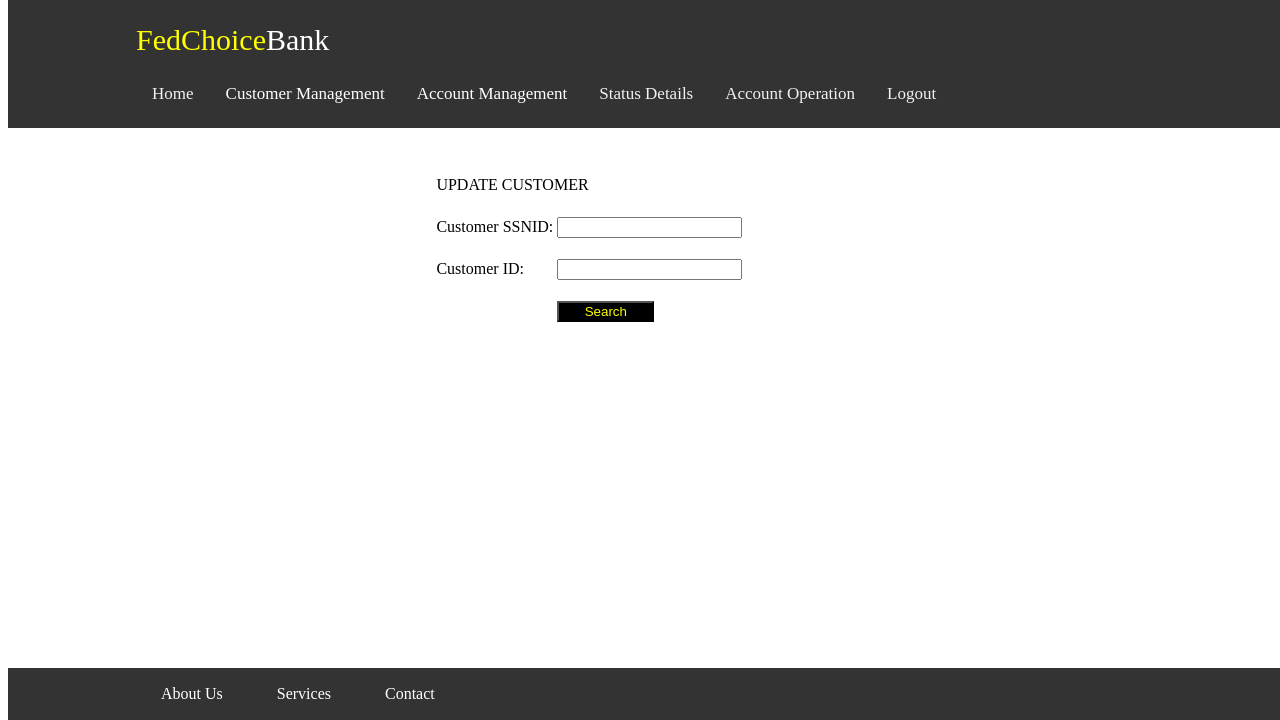
Repository: gopikavinod/RBM
Page: http://localhost/Retail_Bank_Management/updateCustomer.jsp
The author's editor kept a copy of each file at every save. The page is drawn from the files as they stood at one save, then again after the next save.
The browser window is 1280 px wide. The pictures show the whole page.
The page is served by Tomcat 9. Other server files are loaded and not shown.

Above is the page before, as saved 2020-06-21 11:02:19.

### eclipse-workspace/Retail Bank Management/WebContent/updateCustomer.jsp
<%@ page language="java" contentType="text/html; charset=ISO-8859-1"
    pageEncoding="ISO-8859-1"
    import="com.bean.CustomerBean"
    %>
<!DOCTYPE html>
   <html>

      <head>
         <meta http-equiv="Content-Type"
            content="text/html; charset=windows-1256">

   <title>FedChoice Bank</title>
<style>
    /* Add some padding on document's body to prevent the content
    to go underneath the header and footer */
    body{
        padding-top: 60px;
        padding-bottom: 40px;
    }
    .container{
        width: 80%;
        margin: 0 auto; /* Center the DIV horizontally */
    }
    .fixed-header, .fixed-footer{
        width: 100%;
        position: fixed;
        background: #333;
        padding: 10px 0;
        color: #fff;
    }
    .fixed-header{
        top: 0;
    }
    .fixed-footer{
        bottom: 0;
    }
    /* Some more styles to beutify this example */
    nav a{
        color: #fff;
        text-decoration: none;
        padding: 7px 25px;
        display: inline-block;
    }
    .container p{
        line-height: 200px; /* Create scrollbar to test positioning */
    }
    p.detail
    {
    color:yellow;
    line-height: 0px;
    font-size: 30px
    }
    span.name{
    	color:white;
    	 font-size: 30px
    }
    tr
    {
    height: 40px;
    }
    span.aestric
    {
    color: red;
    }
    .topnav {
  overflow: hidden;
  background-color: #333;
}

.topnav a {
  float: left;
  display: block;
  color: #f2f2f2;
  text-align: center;
  padding: 14px 16px;
  text-decoration: none;
  font-size: 17px;
}
    .dropdown {
  float: left;
  overflow: hidden;
}
.dropdown .dropbtn {
  font-size: 17px;
  border: none;
  outline: none;
  color: white;
  padding: 14px 16px;
  background-color: inherit;
  font-family: inherit;
  margin: 0;
}

.dropdown-content {
  display: none;
  position: absolute;
  background-color: #f9f9f9;
  min-width: 160px;
  box-shadow: 0px 8px 16px 0px rgba(0,0,0,0.2);
  z-index: 1;
}

.dropdown-content a {
  float: none;
  color: black;
  padding: 12px 16px;
  text-decoration: none;
  display: block;
  text-align: left;
}

.topnav a:hover, .dropdown:hover .dropbtn {
  background-color: #555;
  color: white;
}

.dropdown-content a:hover {
  background-color: #ddd;
  color: black;
}

.dropdown:hover .dropdown-content {
  display: block;
}

</style>

</head>
<body>
    <div class="fixed-header">
        <div class="container">
            <nav>
          <p class="detail">FedChoice<span class="name">Bank</span></p>
          <div class="topnav" id="myTopnav">
                <a href="#">Home</a>
                <div class="dropdown">
    <button class="dropbtn">Customer Management
      <i class="fa fa-caret-down"></i>
    </button>
    <div class="dropdown-content">
      <a href="/Retail_Bank_Management/userLogged.jsp">Create Customer</a>
      <a href="/Retail_Bank_Management/updateCustomer.jsp">Update Customer</a>
      <a href="#">Delete Customer</a>
      <a href="#">View Customer Details</a>
    </div>
    </div>

   <div class="dropdown">
    <button class="dropbtn">Account Management
      <i class="fa fa-caret-down"></i>
    </button>
    <div class="dropdown-content">
      <a href="#">Add Account</a>
      <a href="#">Update Account</a>
      <a href="#">Delete Account</a>
      <a href="#">View Account Details</a>
    </div>
    </div>


                <a href="#">Status Details</a>
                <a href="#">Account Operation</a>
                <a href="#">Logout</a>
            </nav>
        </div>
    </div>
    <div class="container">
    <p>
    	<form action="UpdateCustomerServlete" name="updateCustomer"   enctype="multipart/form-data" style="margin-top: 95px;
    margin-left: 299px;" >
    <table>
    <tr >
    <td colspan="2">UPDATE CUSTOMER</td>
     </tr>
<tr >
<td>Customer SSNID:</td>
<td><input type="text" id="cssnid" name="customerssnid" value="" > </td>
</tr>
<tr >
<td>Customer ID:</td>
<td><input type="text" id="custid" name="customerid" value=""> </td>
</tr>
<tr colspan="2" >
<td></td>
<td><input type="submit" value="Search" style="background-color: black;color: yellow ;width:97px"></td>
</tr>




<%-- <tr  style="visibility:hidden">
<td>Old Customer Name:</td>
<td><input type="text" id="cname" name="customername"  style="visibility:hidden" value="<%

CustomerBean updatecustomer = new CustomerBean();
String name="";
name=updatecustomer.getCustname();%>" readonly="readonly" > </td>
</tr>
<tr  style="visibility:hidden">
<td>New Customer Name<span class="aestric">*</span>:</td>
<td><input type="text" id="ncname" name="newcustname" value="" required="required" ></td>
</tr>
<tr  style="visibility:hidden">
<td>Old Address:</td>
<td> <input type="text" id="oaddress" name="customeroaddress" value=""  readonly="readonly"></td>
</tr>
<tr  style="visibility:hidden">
<td>New Address<span class="aestric">*</span>:</td>
<td> <input type="text" id="naddress" name="customernaddress" value="" required="required" ></td>
</tr>
<tr  style="visibility:hidden">
<td>Old Age:</td>
<td> <input type="text" id="oage" name="customeroage" value = "" readonly="readonly"></td>
</tr>
<tr  style="visibility:hidden">
<td>New Age<span class="aestric">*</span>:</td>
<td> <input type="text" id="nage" name="customernage" value="" required="required"></td>
</tr>
<tr   style="visibility:hidden">
<td style="color: red;"> (*)Fields are compulsory</td>

</tr>

<tr colspan="2"  style="visibility:hidden">
<td></td>
<td><input type="submit" value="Search" style="background-color: black;color: yellow ;width:97px"></td>
</tr> --%>

</table>

    	</form>
    	</p>
    	    </div>
    <div class="fixed-footer">
        <div class="container">
        <nav>

                <a href="#">About Us</a>
                <a href="#">Services</a>
                <a href="#">Contact</a>
        </nav>
        </div>
    </div>
</body>
   </html>

After the next save:
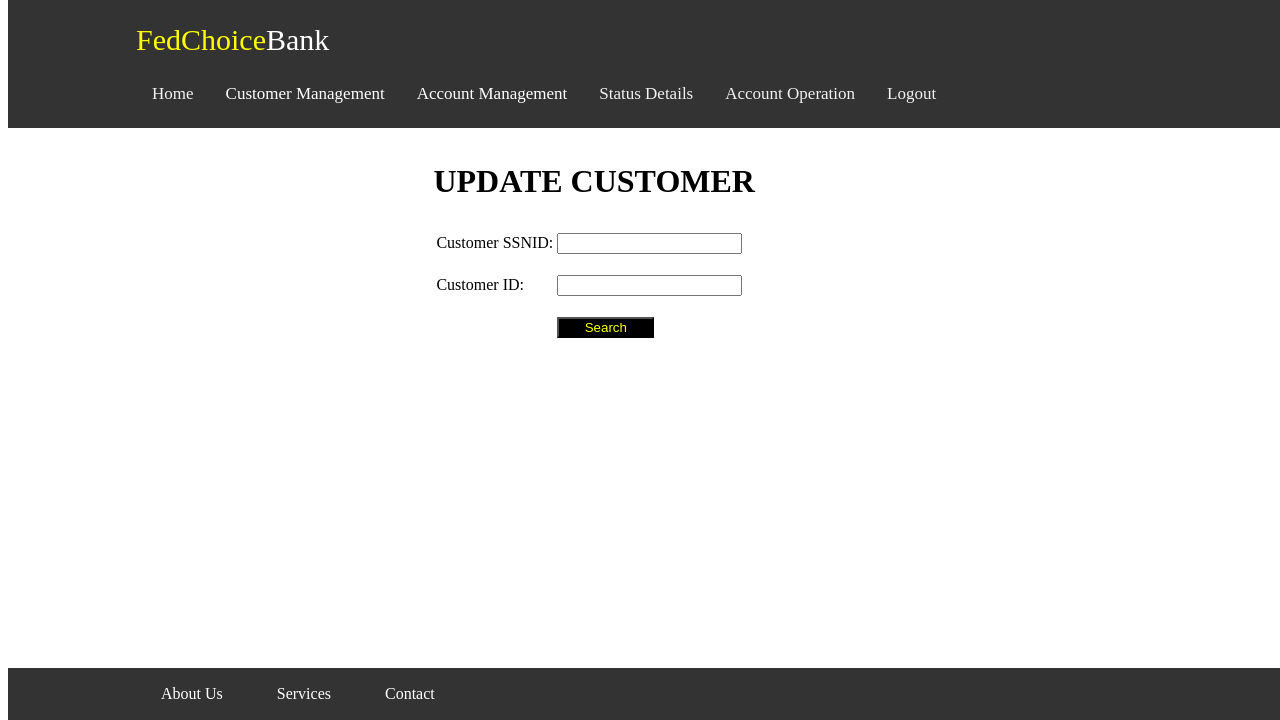
Saved 70 s later.
--- a/eclipse-workspace/Retail Bank Management/WebContent/updateCustomer.jsp
+++ b/eclipse-workspace/Retail Bank Management/WebContent/updateCustomer.jsp
@@ -168,11 +168,9 @@
     <p>
     	<form action="UpdateCustomerServlete" name="updateCustomer"   enctype="multipart/form-data" style="margin-top: 95px;
     margin-left: 299px;" >
+    <h1>UPDATE CUSTOMER</h1>
     <table>
-    <tr >
-    <td colspan="2">UPDATE CUSTOMER</td>
-     </tr>
-<tr >
+   <tr >
 <td>Customer SSNID:</td>
 <td><input type="text" id="cssnid" name="customerssnid" value="" > </td>
 </tr>
